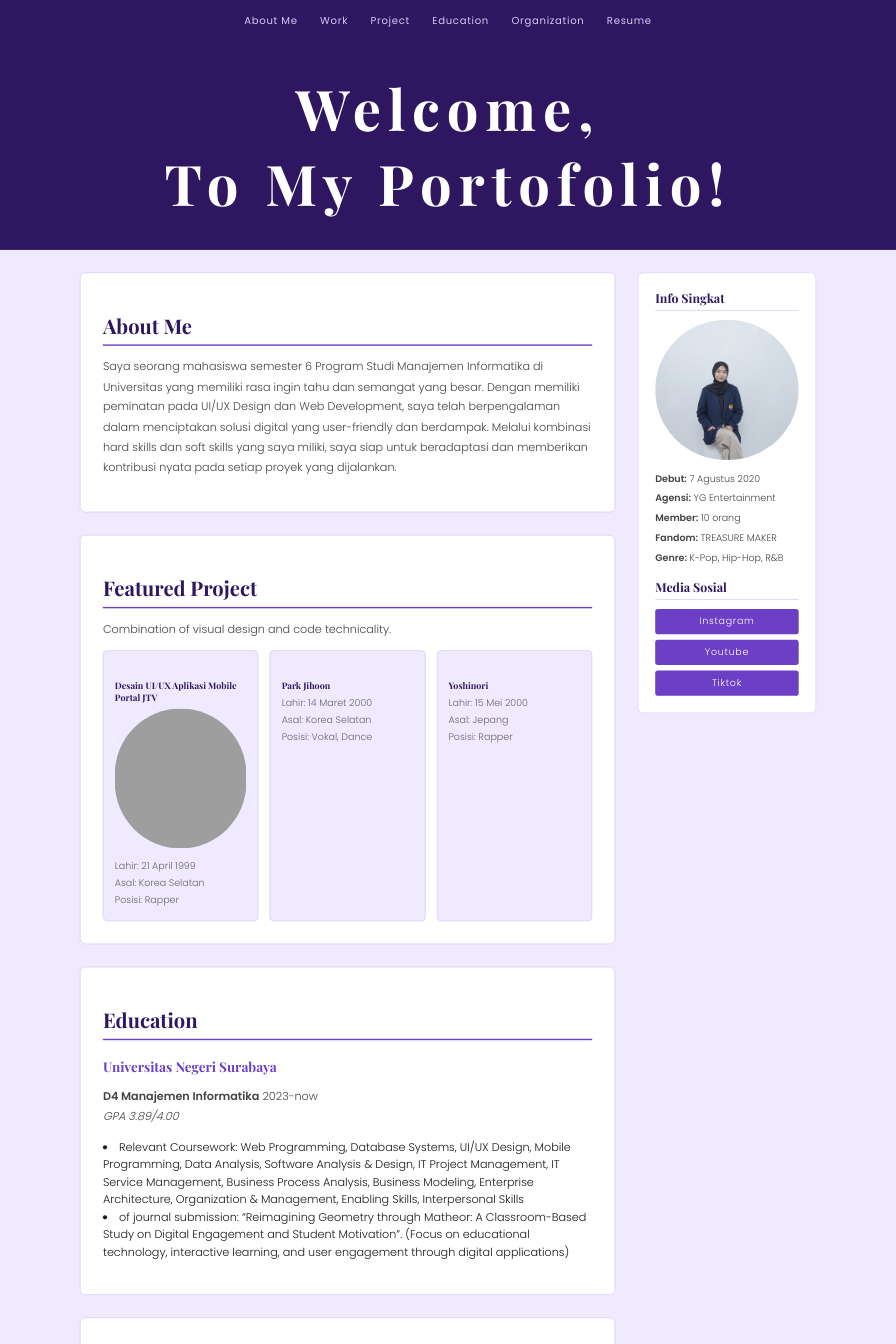
Repository: VergiMutiaRahmasyani/Website-Portofolio
Page: index.html
An editor plug-in stored every save of this project. The page is shown before and after the next save, followed by the edit.
The browser window is 1280 px wide. The pictures show the part of the page from y = 0 to 1920 px (the page is 2705 px tall before and 2755 px after), at 70% of full size.
Pictures or frames that could not be fetched are drawn as grey boxes.

Above is the page before, as saved 2026-03-07 13:27:51.

After the next save:
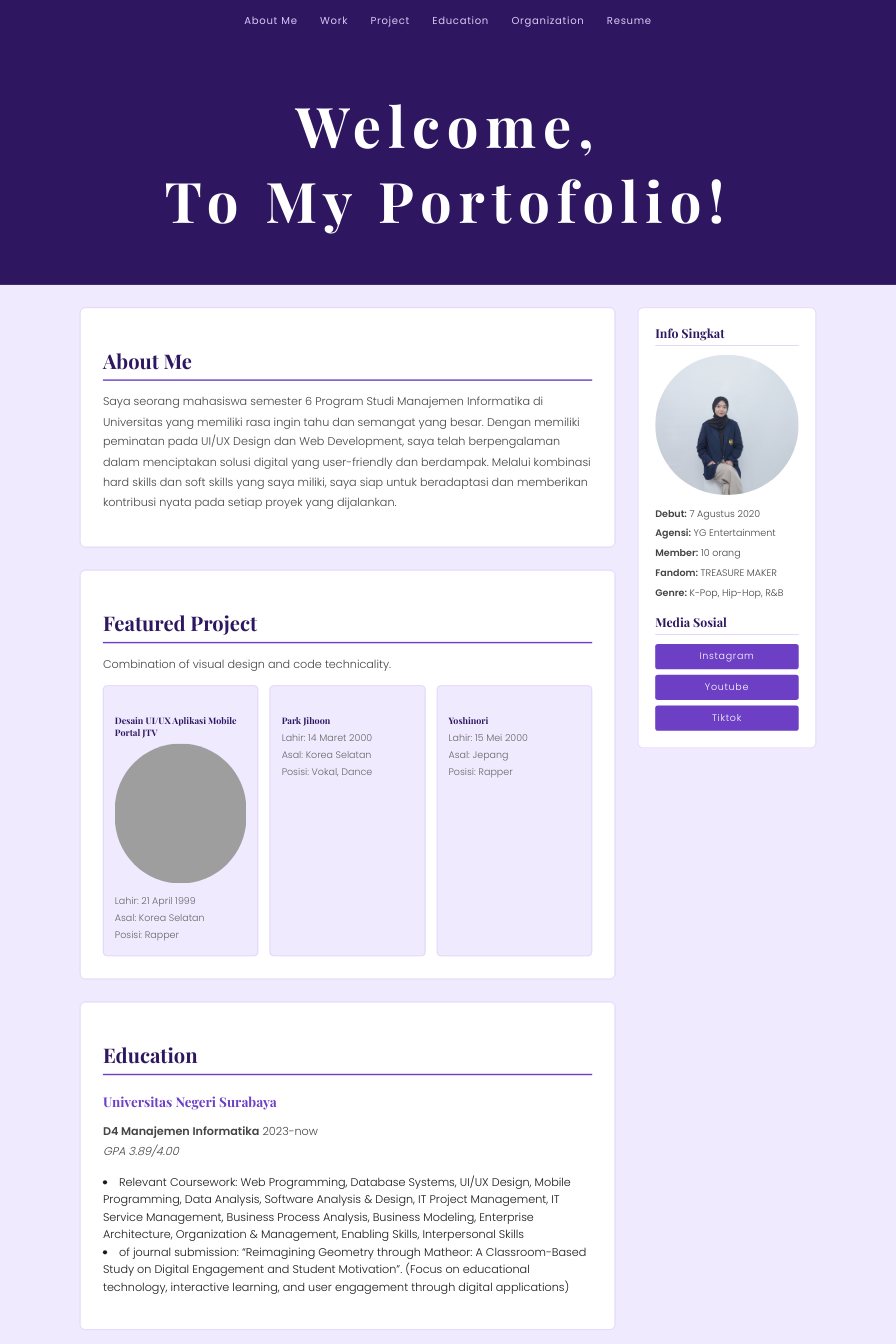
Saved 11 s later.
--- a/css/style.css
+++ b/css/style.css
@@ -70,7 +70,7 @@ header.site-header .nav-list li a:hover {
 header.site-header .hero {
     position: relative;
     width: 100%;
-    height: 300px;
+    height: 350px;
     overflow: hidden;
     margin-top: 57px;
 }
